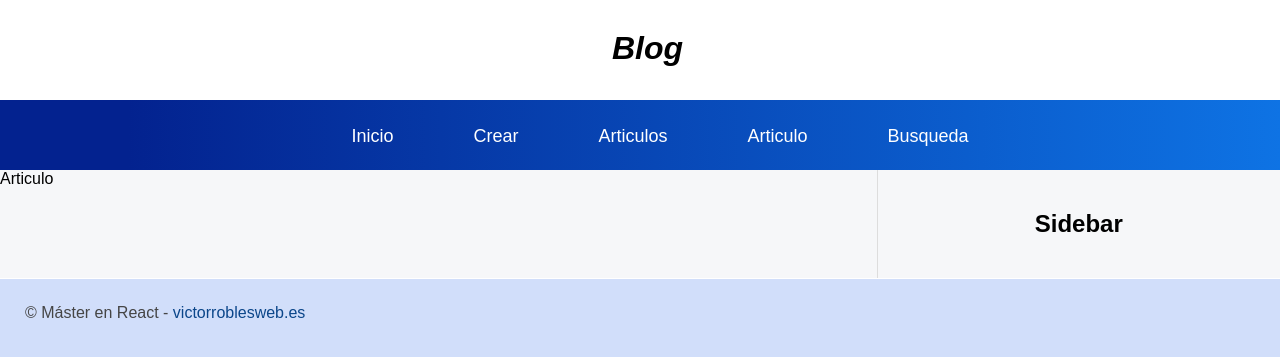
Repository: DamianBermudez94/frondEnd-blog
Page: /articulo
An editor plug-in stored every save of this project. The page is shown before and after the next save, followed by the edit.
The browser window is 1280 px wide. The pictures show the whole page.
The project was rebuilt for these pictures with package versions that can differ from the ones it lists, and the page was loaded fresh each time. Also part of the build but not shown: vite.config.js, src/components/pages/Inicio.jsx, src/components/pages/Busqueda.jsx, src/components/pages/Crear.jsx, src/components/pages/Articulos.jsx.

Above is the page before, as saved 2023-08-07 22:54:15.

### index.html
<!doctype html>
<html lang="es">
  <head>
    <meta charset="UTF-8" />
    <link rel="icon" type="image/svg+xml" href="/vite.svg" />
    <meta name="viewport" content="width=device-width, initial-scale=1.0" />
    <title>Proyecto-blog</title>
  </head>
  <body>
    <div id="root"></div>
    <script type="module" src="/src/main.jsx"></script>
  </body>
</html>

### src/main.jsx

import ReactDOM from 'react-dom/client'
import App from './App.jsx'
import './index.css'

ReactDOM.createRoot(document.getElementById('root')).render(

    <App />

)

### src/App.jsx
import { Rutas } from "./router/rutas"



function App() {


  return (
    <div className="layout">
      <Rutas></Rutas>
    </div>
  )
}

export default App

### src/index.css
/*:root {
  font-family: Inter, system-ui, Avenir, Helvetica, Arial, sans-serif;
  line-height: 1.5;
  font-weight: 400;

  color-scheme: light dark;
  color: rgba(255, 255, 255, 0.87);
  background-color: #242424;

  font-synthesis: none;
  text-rendering: optimizeLegibility;
  -webkit-font-smoothing: antialiased;
  -moz-osx-font-smoothing: grayscale;
  -webkit-text-size-adjust: 100%;
}

a {
  font-weight: 500;
  color: #646cff;
  text-decoration: inherit;
}
a:hover {
  color: #535bf2;
}

body {
  margin: 0;
  display: flex;
  place-items: center;
  min-width: 320px;
  min-height: 100vh;
}

h1 {
  font-size: 3.2em;
  line-height: 1.1;
}

button {
  border-radius: 8px;
  border: 1px solid transparent;
  padding: 0.6em 1.2em;
  font-size: 1em;
  font-weight: 500;
  font-family: inherit;
  background-color: #1a1a1a;
  cursor: pointer;
  transition: border-color 0.25s;
}
button:hover {
  border-color: #000bdb;
}
button:focus,
button:focus-visible {
  outline: 4px auto -webkit-focus-ring-color;
}

@media (prefers-color-scheme: light) {
  :root {
    color: #213547;
    background-color: #ffffff;
  }
  a:hover {
    color: #000dff;
  }
  button {
    background-color: #f9f9f9;
  }
}*/


/*ESTILOS GENERALES*/

body{
  background: #d1defa;
  font-family: sans-serif, Arial, Helvetica;
  text-align: center;
  padding: 0px;
  margin: 0px;
  box-sizing: border-box;

}

.layout{
  display: grid;
  grid-template-areas:
      "header header header header"
      "nav nav nav nav"
      "content content content lateral"
      "footer footer footer footer"
  ;
  grid-template-rows: 100px 70px auto 70px;
}

/*ESTILOS CABECERA*/

.header{
  grid-area: header;
  width: 100%;
  background: white;
  text-align: left;
  font-style: italic;

  display: flex;
  justify-content: center;
}



.header h1{
  margin-left: 15px;
  margin-top: 30px;
}

/*ESTILOS DE LA BARRA DE NAVEGACIÓN*/

.nav{
  grid-area: nav;
  background: linear-gradient(90deg, #03228f 10%, #0e73e4 100%);
}

.nav > ul {
  display: flex;
  justify-content: center;
  align-items: center;
  list-style: none;
}

.nav li{
  padding: 10px;
}

.nav a {
  display: block;
  margin-left: 30px;
  margin-right: 30px;
  font-size: 18px;
  font-weight: lighter;
  color: white;
  text-decoration: none;
  transition: all 300ms;
}

.nav a:hover{
  transform: scale(1.1, 1.1);
}

/*ESTILOS PARA EL CONTENIDO PRINCIPAL*/

.content{
  grid-area: content;
  background: #f6f7f9;
  display: flex;
  flex-flow: row wrap;
  justify-content: flex-start;
  align-items: flex-start;
  flex-grow: 1;
}

.articulo-item{
  flex-grow: 1;
  background: white;
  border-radius: 10px;
  box-shadow: 0px 0px 6px #ddd;
  margin: 20px;
  padding-top: 60px;
  padding-bottom: 60px;
  padding-left: 25px;
  padding-right: 25px;
}
.articulo-item .edit{
  margin-right: 7px;
}
button,
input[type="submit"],
input[type="button"]{
  width: 100px;
  background: #0b70e1;
  color: white;
  border: 0;
  outline: 0;
  padding:15px;
  border-radius: 3px;
  margin-top:15px;
  text-transform: capitalize;
  font-size: 16px;
  font-weight: 500;
  cursor: pointer;
  transition: all 300ms;
}

.articulo-item .edit:hover{
  background: #e77b00;
}

.articulo-item .delete:hover{
  background: #9b0202;
}

/*ESTILOS BARRA LATERAL*/

.lateral{
  grid-area: lateral;
  background: #f6f7f9;
  border-left: 1px solid #ddd;
  padding: 20px;
}

.lateral > div{
  box-sizing: border-box;
  width: 90%;
  margin: 20px;
  padding: 20px;
  padding-top: 10px;
  background: white;
  border-radius: 10px;
  box-shadow: 0px 0px 6px #ddd;
}

.lateral input[type="text"],
.lateral input[type="text"],
.lateral textarea,
.edit_form input[type="text"],
.edit_form input[type="text"],
.edit_form textarea
{
  display: block;
  margin: 0 auto;
  margin-top: 15px;
  padding: 12px;
  border-radius: 5px;
  background: #f6f7f9;
  color: #454545;
  width: 80%;
  max-width: 250px;
  min-width: 250px;
  min-height: 30px;
  max-height: 250px;
  opacity: 4;
  outline: 0;
  border-color: transparent;
}
.no-encontrado{
  color: #9b0202;
}
.edit_form{
  border-top: 1px solid #ddd;
  margin-top: 10px;
}

/*ESTILOS PARA EL PIE DE PÁGINA*/
.footer{
  grid-area: footer;

  background: #d1defa;
  color: #454545;
  border-top: 1px solid white;
  text-align: left;
  line-height: 68px;
  padding-left: 25px;
}

.footer a{
  color: #0b468a;
  text-decoration: none;
}

@media (max-width: 1085px){
  .content {
      flex-flow: column wrap;
      justify-content: center;
      align-items: center;
  }

  .articulo-item{
      width: 80%;
  }
}

### src/router/rutas.jsx
import React from "react";
import { BrowserRouter, Routes, Route, Navigate } from "react-router-dom";
import { Inicio } from "../components/pages/Inicio";
import { Busqueda } from "../components/pages/Busqueda";
import { Crear } from "../components/pages/Crear";
import Articulos from "../components/pages/Articulos";
import { Articulo } from "../components/pages/Articulo";
import { Header } from "../components/layout/Header";
import { Nav } from "../components/layout/Nav";
import { Footer } from "../components/layout/Footer";
import { Sidebar } from "../components/layout/Sidebar";


export const Rutas = ()=>{

    return(

        <BrowserRouter>
            {/*Layout*/}
            <Header></Header>
            <Nav></Nav>
            {/*Contenido principal y rutas*/}
            <section id="content" className="content">
                <Routes>
                    <Route path="/" element={<Inicio/>}/>
                    <Route path="/inicio" element={<Inicio/>}/>
                    <Route path="/busqueda" element={<Busqueda/>}/>
                    <Route path="/crear" element={<Crear/>}/>
                    <Route path="/articulos" element={<Articulos/>}/>
                    <Route path="/articulo" element={<Articulo/>}/>
                </Routes>
            </section>
            <Sidebar/>
            <Footer></Footer>
        </BrowserRouter>

    )

}

### src/components/pages/Articulo.jsx
import React from 'react'

export const Articulo = () => {
  return (
    <div>Articulo</div>
  )
}

### src/components/layout/Header.jsx
import React from 'react'

export const Header = () => {
  return (

         <header className="header">
            <div className="logo">
                <div className="play"></div>
            </div>

            <h1>Blog</h1>
        </header>

  )
}

### src/components/layout/Nav.jsx
import React from 'react'
import { NavLink } from 'react-router-dom'

export const Nav = () => {
  return (

           <nav className="nav">
            <ul>
                <li><NavLink to="/#">Inicio</NavLink></li>
                <li><NavLink to="/crear">Crear</NavLink></li>
                <li><NavLink to="/articulos">Articulos</NavLink></li>
                <li><NavLink to="/articulo">Articulo</NavLink></li>
                <li><NavLink to="/busqueda">Busqueda</NavLink></li>

            </ul>
        </nav>

  )
}

### src/components/layout/Footer.jsx
import React from 'react'

export const Footer = () => {
  return (

         <footer className="footer">
            &copy; Máster en React - <a href="https://victorroblesweb.es">victorroblesweb.es</a>
        </footer>

  )
}

### src/components/layout/Sidebar.jsx
import React from 'react'

export const Sidebar = () => {
  return (
        <aside className="lateral">

            <h1>Sidebar</h1>

        </aside>

  )
}

After the next save:
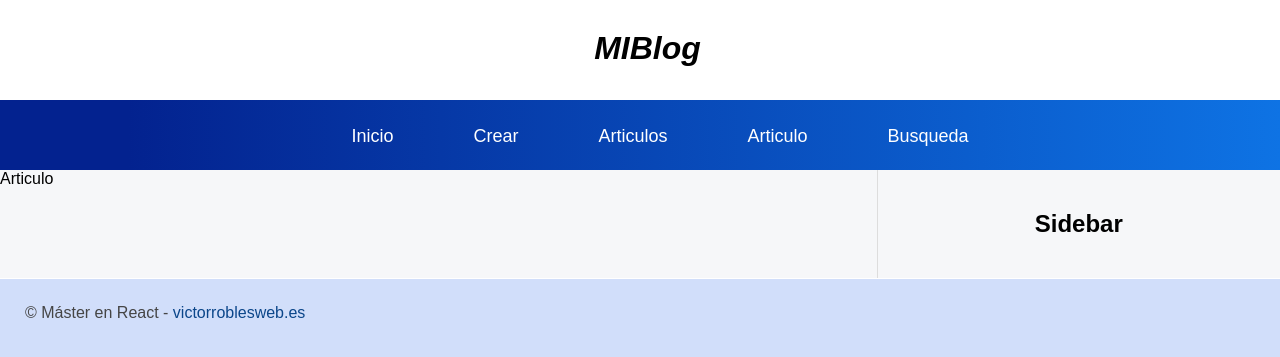
Saved 16 s later.
--- a/src/components/layout/Header.jsx
+++ b/src/components/layout/Header.jsx
@@ -4,11 +4,7 @@ export const Header = () => {
   return (
 
          <header className="header">
-            <div className="logo">
-                <div className="play"></div>
-            </div>
-
-            <h1>Blog</h1>
+            <h1>MIBlog</h1>
         </header>
 
   )
